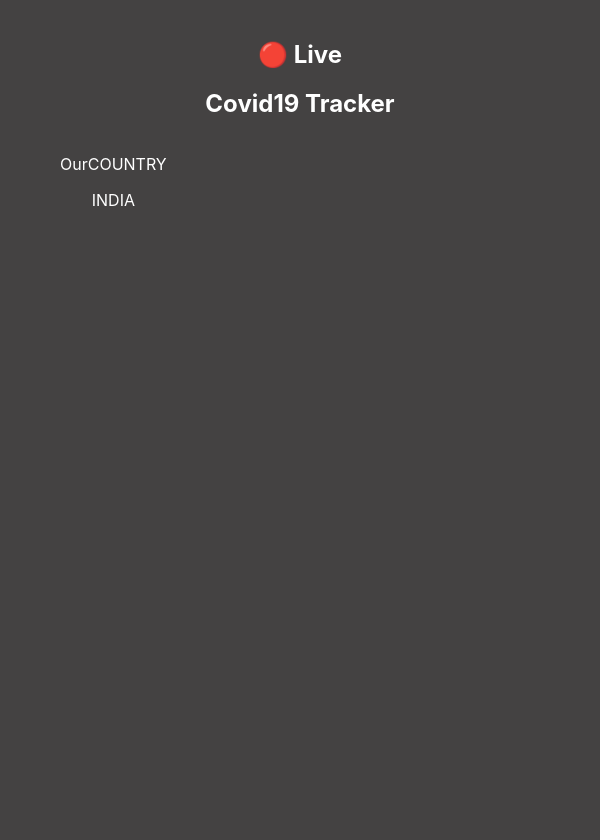
Repository: Aniketlamage/covid19-dashboard
Page: /
The author's editor kept a copy of each file at every save. The page is drawn from the files as they stood at one save, then again after the next save.
The browser window is 600 px wide. The pictures show the whole page.
The page's requests for data from a server got no answer. The project was rebuilt for these pictures with package versions that can differ from the ones it lists, and the page was loaded fresh each time. No one was signed in, and anything a server would have sent is missing.

Above is the page before, as saved 2021-09-30 14:06:06.

After the next save:
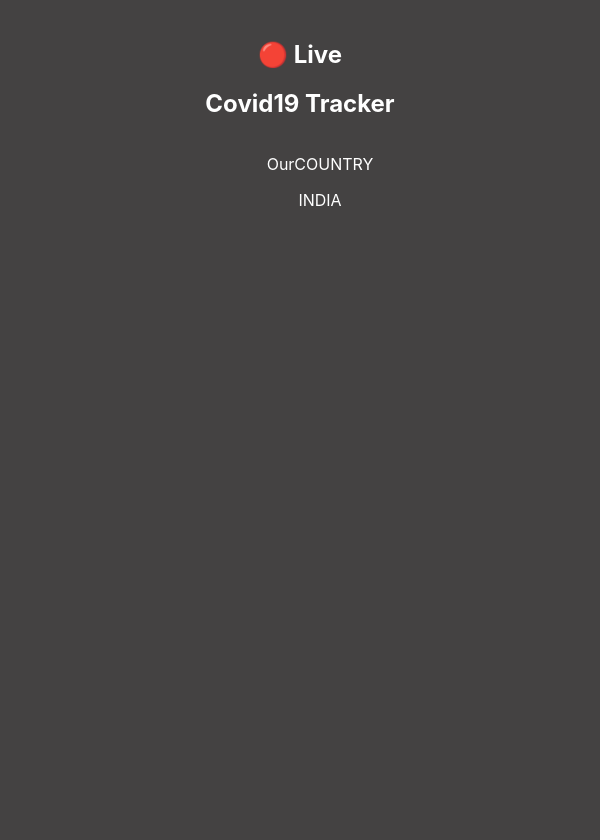
Saved 10 min 19 s later.
--- a/src/components/covid.css
+++ b/src/components/covid.css
@@ -41,3 +41,23 @@ ul{
     font-weight: bold;
 
 }
+.card__small {
+    font-size: 80px;
+}
+@media (max-width: 700px)
+{
+    .card_total{font-size: 70px;}
+}
+@media (max-width: 700px)
+{
+    .card{
+        width: 100%;
+        height: 290px;
+        margin-right: 0;
+        float: none;
+    }
+    .card .card__inner,
+    .card .card__back{
+        height: 290px;
+    }
+}
